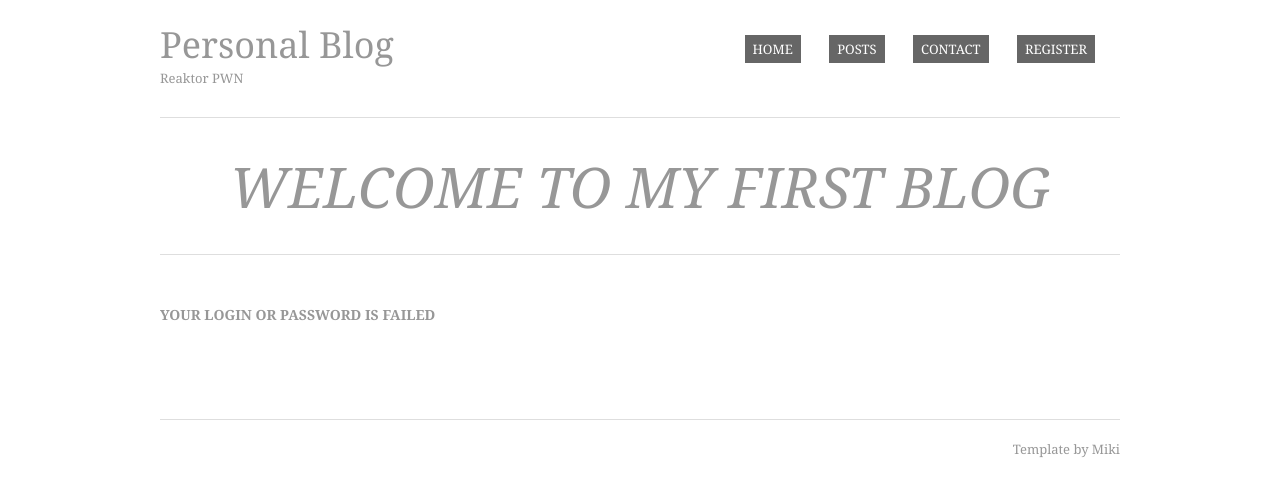
Repository: kamilolejniczak/Spring-kurs-nauka
Page: http://localhost/errorPage
The author's editor kept a copy of each file at every save. The page is drawn from the files as they stood at one save, then again after the next save.
The browser window is 1280 px wide. The pictures show the whole page.
The page is this project's Thymeleaf template; nobody is signed in. The template is opened directly, without the code that normally fills it, so the values that code supplies are empty.

Above is the page before, as saved 2017-08-30 12:32:51.

### D-MVC2-JAR/src/main/resources/templates/errorPage.html
<!DOCTYPE html>
<html lang="en" dir="ltr" xmlns:th="http://www.thymeleaf.org">
<head>
<title>Basic 79</title>
<meta charset="iso-8859-1" />
<link rel="stylesheet" href="layout.css" type="text/css" />
</head>
<body>
<div class="wrapper row1">
  <header id="header" class="clear">
    <div id="hgroup">
      <h1><a href="#">Personal Blog</a></h1>
      <h2>Reaktor PWN</h2>
    </div>
    <nav>
      <ul>
        <li><a href="/">Home</a></li>
        <li><a href="/loginForm">Posts</a></li>
        <li><a href="/contact">Contact</a></li>
        <li><a href="/registerForm">Register</a></li>
      </ul>
    </nav>
  </header>
</div>
<!-- content -->
<div class="wrapper row2">
  <div id="container" class="clear">
    <!-- content body -->
    <section id="shout">
      <h1>Welcome to my first Blog</h1>
    </section>
    <!-- main content -->
    <section id="services" class="clear">
      <!-- article 1 -->
      <article>
        <h2>Your login or password is failed</h2>
        <!-- <footer class="more"><a href="#">Read More &raquo;</a></footer> -->
      </article>
    </section>
    <!-- / content body -->
  </div>
</div>
<!-- footer -->
<div class="wrapper row3">
  <footer id="footer" class="clear">
    <p class="fl_right">Template by Miki</p>
  </footer>
</div>
</body>
</html>

### D-MVC2-JAR/src/main/resources/static/layout.css
html{overflow-y:scroll;} /* Forces a scrollbar when the viewport is larger than the websites content - CSS3 */

body{margin:0; padding:0; font-size:13px; font-family:Georgia, "Times New Roman", Times, serif; color:#979797; background-color:#FFFFFF;}

.clear:after{content:"."; display:block; height:0; clear:both; visibility:hidden; line-height:0;}
.clear{display:block; clear:both;}
html[xmlns] .clear{display:block;}
* html .clear{height:1%;}

a{outline:none; text-decoration:none;}

code{font-weight:normal; font-style:normal; font-family:Georgia, "Times New Roman", Times, serif;}

.fl_left{float:left;}
.fl_right{float:right;}

img{margin:0; padding:0; border:none; line-height:normal; vertical-align:middle;}
.imgholder, .imgl, .imgr{padding:4px; border:1px solid #D6D6D6; text-align:center;}
.imgl{float:left; margin:0 15px 15px 0; clear:left;}
.imgr{float:right; margin:0 0 15px 15px; clear:right;}

/*----------------------------------------------HTML 5 Overrides-------------------------------------*/

address, article, aside, figcaption, figure, footer, header, nav, section{display:block; margin:0; padding:0;}

q{display:block; padding:0 10px 8px 10px; color:#979797; background-color:#ECECEC; font-style:italic; line-height:normal;}
q:before{content:'� '; font-size:26px;}
q:after{content:' �'; font-size:26px; line-height:0;}

/* ----------------------------------------------Wrapper-------------------------------------*/

div.wrapper{display:block; width:960px; margin:0 auto; padding:0; text-align:left;}

.row1, .row1 a{color:#979797; background-color:#FFFFFF;}
.row2{color:#979797; background-color:#FFFFFF;}
.row2 a{color:#FF9900; background-color:#FFFFFF;}
.row3{border-top:1px solid #DEDEDE;}
.row3, .row3 a{color:#979797; background-color:#FFFFFF;}

/*----------------------------------------------Generalise-------------------------------------*/

#header, #container, #footer{display:block; width:960px;}

nav ul{margin:0; padding:0; list-style:none;}

h1, h2, h3, h4, h5, h6{margin:0; padding:0; font-size:16px; font-weight:bold; font-style:normal; line-height:normal; text-transform:uppercase;}

address{font-style:normal;}

blockquote, q{display:block; padding:8px 10px; color:#979797; background-color:#ECECEC; font-style:italic; line-height:normal;}
blockquote:before, q:before{content:'� '; font-size:26px;}
blockquote:after, q:after{content:' �'; font-size:26px; line-height:0;}

.one_third, .two_third, .three_third{display:block; float:left; margin:0 30px 0 0;}
.one_third{width:300px;}
.two_third{width:630px;}
.three_third{width:960px; float:none; margin-right:0; clear:both;}
.lastbox{margin-right:0;}

/*----------------------------------------------Header-------------------------------------*/

#header{}

#header #hgroup{padding:20px 0 0 0; float:left;}
#header #hgroup h1, #header #hgroup h2{font-weight:normal; text-transform:none;}
#header #hgroup h1{font-size:36px;}
#header #hgroup h2{font-size:13px;}

#header nav{display:block; float:right; margin:20px 0 0 0; padding:20px 0;}
#header nav ul{}
#header nav li{display:inline; margin-right:25px; text-transform:uppercase;}
#header nav li.last{margin-right:0;}
#header nav li a{padding:5px 8px; color:#FFFFFF; background-color:#666666;}
#header nav li a:hover{color:#FF9900; background-color:#FFFFFF;}

/*----------------------------------------------Content Area-------------------------------------*/

#container{padding:30px 0;}
#container section{display:block; width:100%; margin:0 0 30px 0; padding:0;}
#container .last{margin:0;}
#container .more{text-align:right;}

/* ------Shout-----*/

#container #shout{margin-bottom:50px; padding:30px 0; border-top:1px solid #DEDEDE; border-bottom:1px solid #DEDEDE;}
#container #shout h1{font-size:56px; font-weight:normal; font-style:italic; text-transform:uppercase; text-align:center;}
#container #shout p{font-size:16px; margin-bottom:0; padding-bottom:0; line-height:1.8em;}

/* ------services-----*/

#container #services{margin-bottom:50px; line-height:1.6em;}
#container #services article{}
#container #services article h2{font-size:14px; margin-bottom:15px;}
#container #services article p{margin:0; padding:0;}
#container #services article img{float:left; width:80px; height:80px; margin:0 10px 10px 0; padding:4px; border:1px solid #DEDEDE;}
#container #services article footer{margin:10px 0 0 0;}

/*----------------------------------------------Footer-------------------------------------*/

#footer{padding:20px 0;}
#footer p{margin:0; padding:0;}

After the next save:
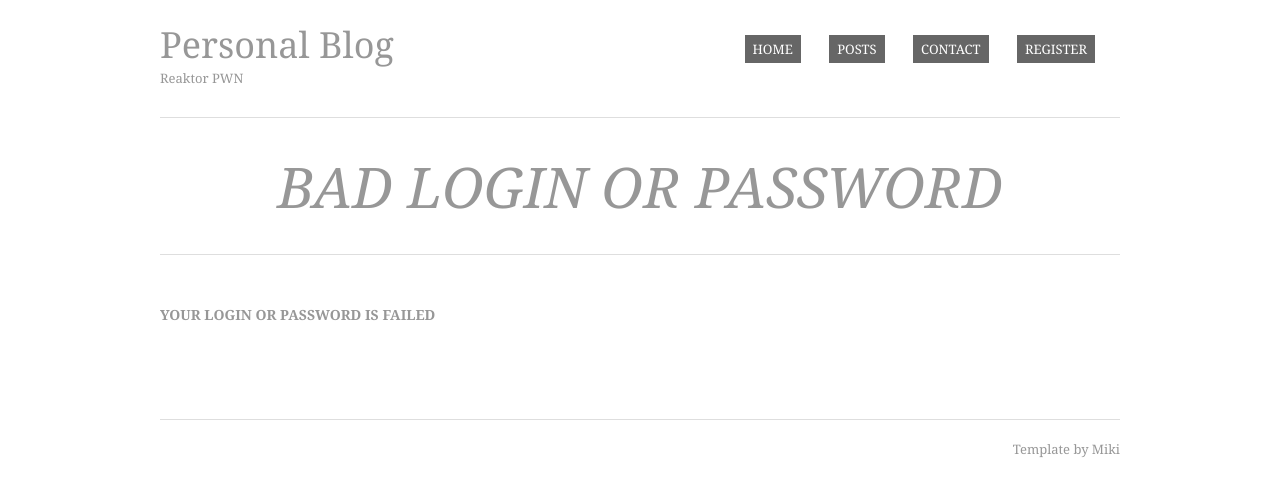
Saved 18 s later.
--- a/D-MVC2-JAR/src/main/resources/templates/errorPage.html
+++ b/D-MVC2-JAR/src/main/resources/templates/errorPage.html
@@ -27,7 +27,7 @@
   <div id="container" class="clear">
     <!-- content body -->
     <section id="shout">
-      <h1>Welcome to my first Blog</h1>
+      <h1>Bad login or password</h1>
     </section>
     <!-- main content -->
     <section id="services" class="clear">
